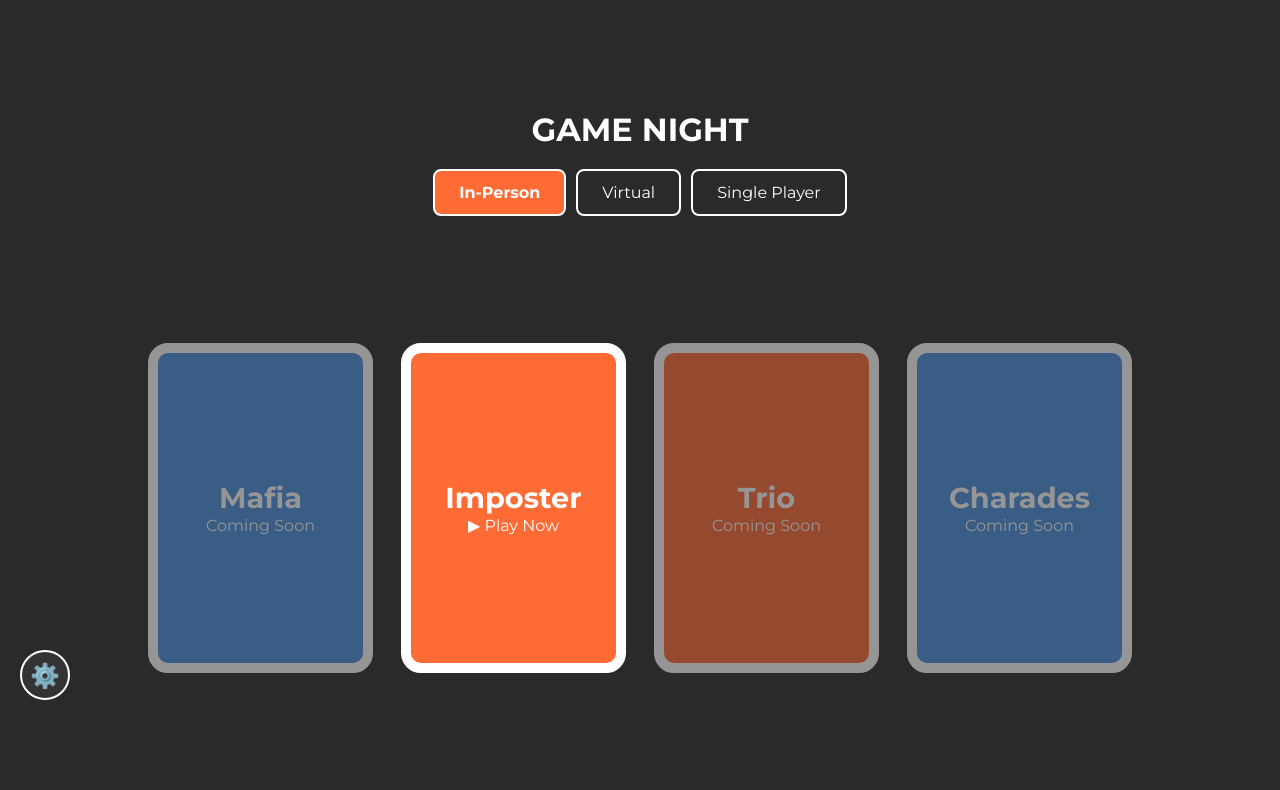
Repository: nfemmanuel/game-night-app
Page: /
These files come from the project's save history. The page is drawn as it stood at one moment and after the next save; the edit follows.
The browser window is 1280 px wide. The pictures show the whole page.
The project was rebuilt for these pictures with package versions that can differ from the ones it lists, and the page was loaded fresh each time. Also part of the build but not shown: src/components/BackButton.jsx, src/components/HelpButton.jsx, src/pages/imposter/ImposterSetup.jsx, src/data/wordList.js, src/pages/imposter/ImposterReveal.jsx, src/pages/imposter/ImposterVoting.jsx.

Above is the page before, as saved 2026-01-03 19:39:04.

After the next save:
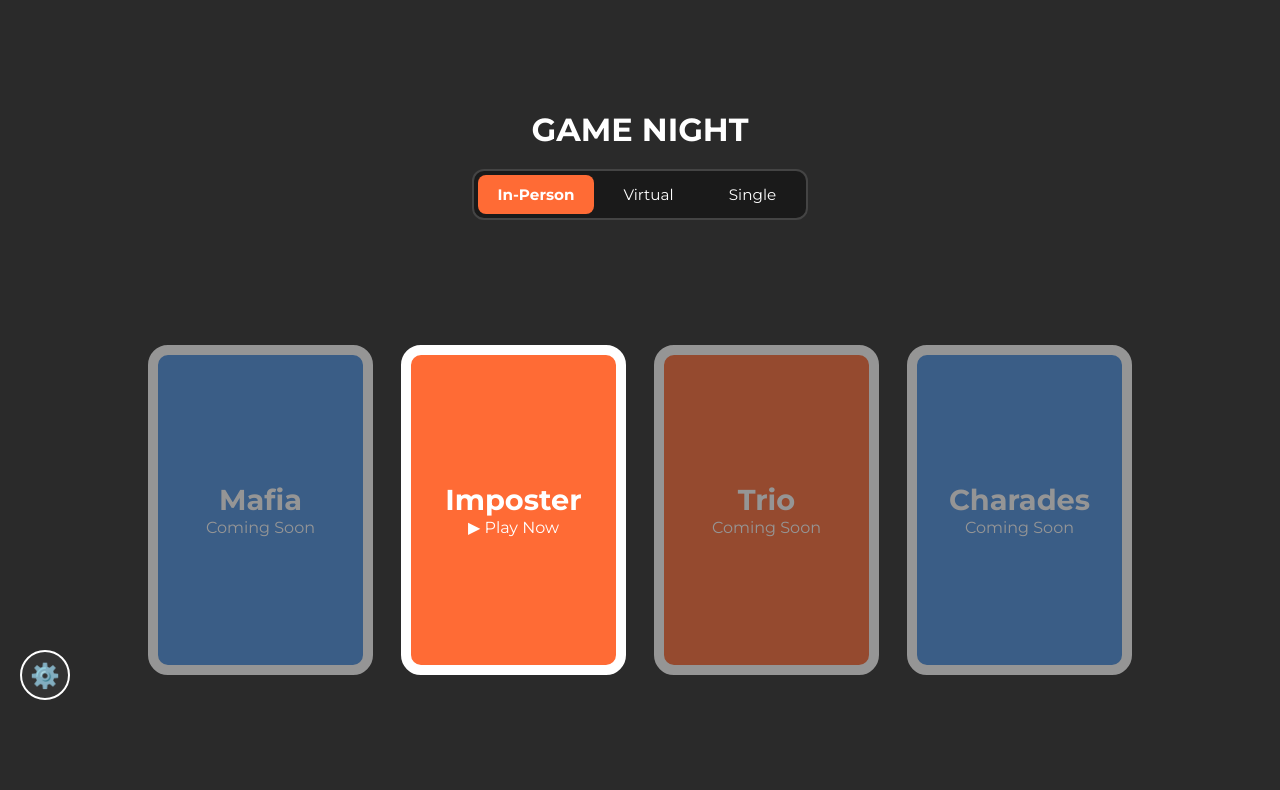
Saved 3 min 32 s later.
--- a/src/components/ModeSelector.jsx
+++ b/src/components/ModeSelector.jsx
@@ -2,37 +2,47 @@
     const modes = [
         { id: 'in-person', label: 'In-Person' },
         { id: 'virtual', label: 'Virtual' },
-        { id: 'single', label: 'Single Player' }
+        { id: 'single', label: 'Single' }
     ];
 
     return (
         <div style={{
             display: 'flex',
             justifyContent: 'center',
-            gap: '10px',
             marginBottom: '30px',
             flexShrink: 0
         }}>
-            {modes.map(mode => (
-                <button
-                    key={mode.id}
-                    onClick={() => onModeChange(mode.id)}
-                    style={{
-                        padding: '12px 24px',
-                        fontSize: '1rem',
-                        backgroundColor: currentMode === mode.id ? '#FF6B35' : 'transparent',
-                        color: 'white',
-                        border: '2px solid white',
-                        borderRadius: '8px',
-                        cursor: 'pointer',
-                        transition: 'all 0.3s ease',
-                        fontFamily: 'inherit',
-                        fontWeight: currentMode === mode.id ? 'bold' : 'normal'
-                    }}
-                >
-                    {mode.label}
-                </button>
-            ))}
+            <div style={{
+                display: 'flex',
+                backgroundColor: '#1a1a1a',
+                borderRadius: '12px',
+                padding: '4px',
+                border: '2px solid #444',
+                gap: '4px'
+            }}>
+                {modes.map(mode => (
+                    <button
+                        key={mode.id}
+                        onClick={() => onModeChange(mode.id)}
+                        style={{
+                            padding: '10px 20px',
+                            fontSize: '0.95rem',
+                            backgroundColor: currentMode === mode.id ? '#FF6B35' : 'transparent',
+                            color: 'white',
+                            border: 'none',
+                            borderRadius: '8px',
+                            cursor: 'pointer',
+                            transition: 'all 0.3s ease',
+                            fontFamily: 'inherit',
+                            fontWeight: currentMode === mode.id ? 'bold' : 'normal',
+                            minWidth: '100px',
+                            whiteSpace: 'nowrap'
+                        }}
+                    >
+                        {mode.label}
+                    </button>
+                ))}
+            </div>
         </div>
     );
 }
